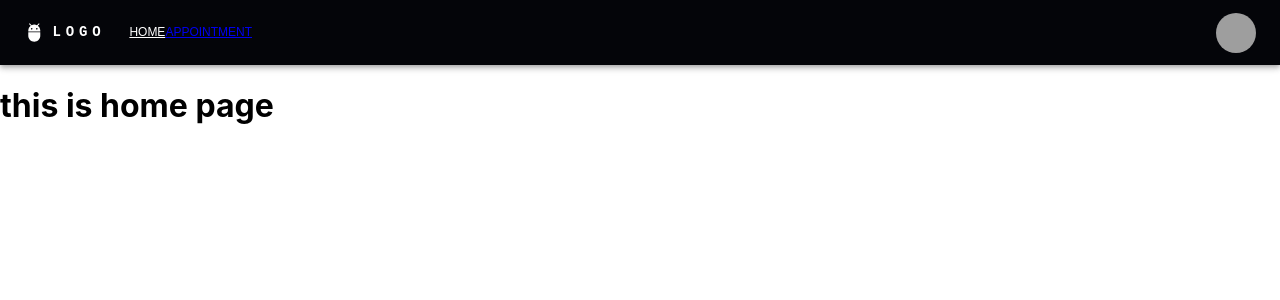
Repository: mdrubel02/health-care
Page: /
An editor plug-in stored every save of this project. The page is shown before and after the next save, followed by the edit.
The browser window is 1280 px wide. The pictures show the whole page.
Pictures or frames that could not be fetched are drawn as grey boxes. The project was rebuilt for these pictures with package versions that can differ from the ones it lists, and the page was loaded fresh each time. Also part of the build but not shown: src/Pages/Appointment/Appointment.js.

Above is the page before, as saved 2022-11-14 14:18:29.

### src/index.js
import React from 'react';
import ReactDOM from 'react-dom';
import './index.css';
import App from './App';
import reportWebVitals from './reportWebVitals';
import { ColorContextProvider } from './Theme/Theme';

ReactDOM.render(
  <React.StrictMode>
    <ColorContextProvider>
      <App />
    </ColorContextProvider>
  </React.StrictMode>,
  document.getElementById('root')
);

// If you want to start measuring performance in your app, pass a function
// to log results (for example: reportWebVitals(console.log))
// or send to an analytics endpoint. Learn more: https://bit.ly/CRA-vitals
reportWebVitals();

### src/App.js
import { RouterProvider } from 'react-router-dom';
import router from './Layout/router';

function App() {
  return (
    <div>
     <RouterProvider router={router}></RouterProvider>
    </div>
  );
}

export default App;

### src/Theme/Theme.js
import { createTheme, ThemeProvider } from "@mui/material";
import { createContext, useMemo, useState } from "react";

// color design tokens export
export const DrawerWidth = 250;
export const tokens = (mode) => ({
    ...(mode === "dark"
        ? {
            grey: {
                100: "#e0e0e0",
                200: "#c2c2c2",
                300: "#a3a3a3",
                400: "#858585",
                500: "#666666",
                600: "#525252",
                700: "#3d3d3d",
                800: "#292929",
                900: "#141414",
            },
            primary: {
                100: "#d0d1d5",
                200: "#a1a4ab",
                300: "#727681",
                400: "#1F2A40",
                500: "#141b2d",
                600: "#101624",
                700: "#0c101b",
                800: "#080b12",
                900: "#040509",
            },
            greenAccent: {
                100: "#dbf5ee",
                200: "#b7ebde",
                300: "#94e2cd",
                400: "#70d8bd",
                500: "#4cceac",
                600: "#3da58a",
                700: "#2e7c67",
                800: "#1e5245",
                900: "#0f2922",
            },
            redAccent: {
                100: "#f8dcdb",
                200: "#f1b9b7",
                300: "#e99592",
                400: "#e2726e",
                500: "#db4f4a",
                600: "#af3f3b",
                700: "#832f2c",
                800: "#58201e",
                900: "#2c100f",
            },
            blueAccent: {
                100: "#e1e2fe",
                200: "#c3c6fd",
                300: "#a4a9fc",
                400: "#868dfb",
                500: "#6870fa",
                600: "#535ac8",
                700: "#3e4396",
                800: "#2a2d64",
                900: "#151632",
            },
        }
        : {
            grey: {
                100: "#141414",
                200: "#292929",
                300: "#3d3d3d",
                400: "#525252",
                500: "#666666",
                600: "#858585",
                700: "#a3a3a3",
                800: "#c2c2c2",
                900: "#e0e0e0",
            },
            primary: {
                100: "#040509",
                200: "#080b12",
                300: "#0c101b",
                400: "#f2f0f0", // manually changed
                500: "#141b2d",
                600: "#1F2A40",
                700: "#727681",
                800: "#a1a4ab",
                900: "#d0d1d5",
            },
            greenAccent: {
                100: "#0f2922",
                200: "#1e5245",
                300: "#2e7c67",
                400: "#3da58a",
                500: "#4cceac",
                600: "#70d8bd",
                700: "#94e2cd",
                800: "#b7ebde",
                900: "#dbf5ee",
            },
            redAccent: {
                100: "#2c100f",
                200: "#58201e",
                300: "#832f2c",
                400: "#af3f3b",
                500: "#db4f4a",
                600: "#e2726e",
                700: "#e99592",
                800: "#f1b9b7",
                900: "#f8dcdb",
            },
            blueAccent: {
                100: "#151632",
                200: "#2a2d64",
                300: "#3e4396",
                400: "#535ac8",
                500: "#6870fa",
                600: "#868dfb",
                700: "#a4a9fc",
                800: "#c3c6fd",
                900: "#e1e2fe",
            },
        }),
});

// mui theme settings
export const themeSettings = (mode) => {
    const colors = tokens(mode);
    return {
        palette: {
            mode: mode,
            ...(mode === "dark"
                ? {
                    // palette values for dark mode
                    primary: {
                        main: colors.primary[500],
                    },
                    secondary: {
                        main: colors.greenAccent[500],
                    },
                    neutral: {
                        dark: colors.grey[700],
                        main: colors.grey[500],
                        light: colors.grey[100],
                    },
                    background: {
                        default: colors.primary[500],
                    },
                }
                : {
                    // palette values for light mode
                    primary: {
                        main: colors.primary[100],
                    },
                    secondary: {
                        main: colors.greenAccent[500],
                    },
                    neutral: {
                        dark: colors.grey[700],
                        main: colors.grey[500],
                        light: colors.grey[100],
                    },
                    background: {
                        default: "#fcfcfc",
                    },
                }),
        },
        components: {

            MuiButton: {
                defaultProps: {
                    disableRipple: true,
                    disableElevation: true,
                    styleOverrides: {
                        textDecoration: 'none',
                        "&:hover": {
                            color: "#fff"
                        }
                    },
                },
                MuiTooltip: {
                    defaultProps: {
                      arrow: true,
                    },
                    styleOverrides: {
                      tooltip: {
                        background: '',
                      },
                      arrow: {
                        color: '',
                      },
                    },
                  },
            },
            MuiDrawer: {
                styleOverrides: {
                  paper: {
                    width: DrawerWidth,
                    background: '',
                    color: '',
                    borderRadius: '0px 100px 0px 0px',
                    borderRight: `1px solid `
                  }
                }
              },
              MuiDivider: {
                styleOverrides: {
                  root: {
                    borderColor: 'gray'
                  }
                }
              },
        },
        typography: {
            fontFamily: ["Source Sans Pro", "sans-serif"].join(","),
            fontSize: 12,
            h1: {
                fontFamily: ["Source Sans Pro", "sans-serif"].join(","),
                fontSize: 40,
            },
            h2: {
                fontFamily: ["Source Sans Pro", "sans-serif"].join(","),
                fontSize: 32,
            },
            h3: {
                fontFamily: ["Source Sans Pro", "sans-serif"].join(","),
                fontSize: 24,
            },
            h4: {
                fontFamily: ["Source Sans Pro", "sans-serif"].join(","),
                fontSize: 20,
            },
            h5: {
                fontFamily: ["Source Sans Pro", "sans-serif"].join(","),
                fontSize: 16,
            },
            h6: {
                fontFamily: ["Source Sans Pro", "sans-serif"].join(","),
                fontSize: 14,
            },
        },
    };
};

export const ColorModeContext = createContext({
    toggleMode: () => { },
    mode: "light"
})


export const ColorContextProvider = ({ children }) => {
    const [mode, setMode] = useState("light")

    const colorMode = useMemo(() => ({
        toggleMode: () => setMode(prevMode => prevMode === "light" ? "dark" : "light"),
        mode
    }), [mode])
    const theme = useMemo(() => createTheme(themeSettings(mode)), [mode]);

    return (
        <ColorModeContext.Provider value={colorMode}>
            <ThemeProvider theme={theme}>
                {children}
            </ThemeProvider>
        </ColorModeContext.Provider>
    )
}

### src/Layout/router.js
import { createBrowserRouter } from "react-router-dom";
import Appointment from "../Pages/Appointment/Appointment";
import Home from "../Pages/Home/Home";
import Main from "./Main";


const router = createBrowserRouter([{
    path: '/',
    element: <Main/>,
    children: [
        {path: '/',element: <Home/>},
        {path: '/home',element: <Home/>},
        {path: '/appointment',element: <Appointment/>},
    ]
}])
export default router;

### src/Pages/Home/Home.js
import React from 'react';

const Home = () => {
    return (
        <div>
            <h1>this is home page</h1>
        </div>
    );
};

export default Home;

### src/Layout/Main.js
import React from 'react';
import { Outlet } from 'react-router-dom';
import Header from '../Pages/Header/Header';

const Main = () => {
    return (
        <div>
           <Header/>
           <Outlet/>

        </div>
    );
};

export default Main;

### src/Pages/Header/Header.js
import { AppBar, Avatar, Box, Button, Container, IconButton, Menu, MenuItem, Toolbar, Tooltip, Typography, useTheme } from '@mui/material';
import AdbIcon from '@mui/icons-material/Adb';
import MenuIcon from '@mui/icons-material/Menu';
// import { Link as RouterLink } from 'react-router-dom';
import React, { useState } from 'react';
import { tokens } from '../../Theme/Theme';
import { Link } from 'react-router-dom';
import './Header.css'


const settings = ['Profile', 'Account', 'Dashboard', 'Logout'];

const Header = () => {
    const theme = useTheme();
    const colors = tokens(theme.palette.mode);
    const [anchorElNav, setAnchorElNav] = useState(null);
    const [anchorElUser, setAnchorElUser] = useState(null);

    const items = <React.Fragment>
        <Link className='lip' to="/home">Home</Link>
        <Link to="/appointment">Appointment</Link>
    </React.Fragment>

    const handleOpenNavMenu = (event) => {
        setAnchorElNav(event.currentTarget);
    };
    const handleOpenUserMenu = (event) => {
        setAnchorElUser(event.currentTarget);
    };

    const handleCloseNavMenu = () => {
        setAnchorElNav(null);
    };

    const handleCloseUserMenu = () => {
        setAnchorElUser(null);
    };
    return (
        <AppBar position="static">
            <Container maxWidth="xl">
                <Toolbar disableGutters>
                    <AdbIcon sx={{ display: { xs: 'none', md: 'flex' }, mr: 1 }} />
                    <Typography
                        variant="h6"
                        noWrap
                        component="a"
                        href="/"
                        sx={{
                            mr: 2,
                            display: { xs: 'none', md: 'flex' },
                            fontFamily: 'monospace',
                            fontWeight: 700,
                            letterSpacing: '.3rem',
                            color: 'inherit',
                            textDecoration: 'none',
                        }}
                    >
                        LOGO
                    </Typography>

                    <Box sx={{ flexGrow: 1, display: { xs: 'flex', md: 'none' } }}>
                        <IconButton
                            size="large"
                            aria-label="account of current user"
                            aria-controls="menu-appbar"
                            aria-haspopup="true"
                            onClick={handleOpenNavMenu}
                            color="inherit"
                        >
                            <MenuIcon />
                        </IconButton>
                        <Menu
                            id="menu-appbar"
                            anchorEl={anchorElNav}
                            anchorOrigin={{
                                vertical: 'bottom',
                                horizontal: 'left',
                            }}
                            keepMounted
                            transformOrigin={{
                                vertical: 'top',
                                horizontal: 'left',
                            }}
                            open={Boolean(anchorElNav)}
                            onClose={handleCloseNavMenu}
                            sx={{
                                display: { xs: 'block', md: 'none' },
                            }}
                        >

                            <MenuItem onClick={handleCloseNavMenu}>
                                <Typography variant="h5" sx={{ color: 'withe' }} textAlign="center">{items}</Typography>
                            </MenuItem>

                        </Menu>
                    </Box>
                    <AdbIcon sx={{ display: { xs: 'flex', md: 'none' }, mr: 1 }} />
                    <Typography
                        variant="h5"
                        noWrap
                        component="a"
                        href=""
                        sx={{
                            mr: 2,
                            display: { xs: 'flex', md: 'none' },
                            flexGrow: 1,
                            fontFamily: 'monospace',
                            fontWeight: 700,
                            letterSpacing: '.3rem',
                            color: 'inherit',
                            textDecoration: 'none',
                        }}
                    >
                        LOGO
                    </Typography>
                    <Box sx={{ flexGrow: 1, display: { xs: 'none', md: 'flex' } }}>

                        <Button

                            onClick={handleCloseNavMenu}
                            sx={{ color: `${colors.grey[400]} !important`, my: 2, display: 'block' }}
                        >
                            {items}
                        </Button>

                    </Box>

                    <Box sx={{ flexGrow: 0 }}>
                        <Tooltip title="Open settings">
                            <IconButton onClick={handleOpenUserMenu} sx={{ p: 0 }}>
                                <Avatar alt="Remy Sharp" src="/static/images/avatar/2.jpg" />
                            </IconButton>
                        </Tooltip>
                        <Menu
                            sx={{ mt: '45px' }}
                            id="menu-appbar"
                            anchorEl={anchorElUser}
                            anchorOrigin={{
                                vertical: 'top',
                                horizontal: 'right',
                            }}
                            keepMounted
                            transformOrigin={{
                                vertical: 'top',
                                horizontal: 'right',
                            }}
                            open={Boolean(anchorElUser)}
                            onClose={handleCloseUserMenu}
                        >
                            {settings.map((setting) => (
                                <MenuItem key={setting} onClick={handleCloseUserMenu}>
                                    <Typography textAlign="center">{setting}</Typography>
                                </MenuItem>
                            ))}
                        </Menu>
                    </Box>
                </Toolbar>
            </Container>
        </AppBar>
    );
};

export default Header;

### src/Pages/Header/Header.css
.lip{
    color: white;
}

Loaded but not shown: public/index.html (common file); src/index.css (common file); src/reportWebVitals.js (common file)

After the next save:
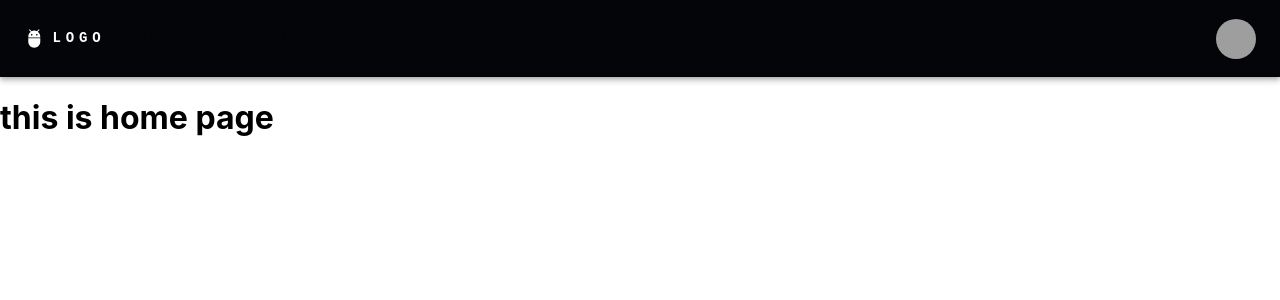
Saved 79 s later.
--- a/src/Pages/Header/Header.js
+++ b/src/Pages/Header/Header.js
@@ -1,10 +1,10 @@
 import { AppBar, Avatar, Box, Button, Container, IconButton, Menu, MenuItem, Toolbar, Tooltip, Typography, useTheme } from '@mui/material';
 import AdbIcon from '@mui/icons-material/Adb';
 import MenuIcon from '@mui/icons-material/Menu';
-// import { Link as RouterLink } from 'react-router-dom';
+import { Link as RouterLink } from 'react-router-dom';
 import React, { useState } from 'react';
 import { tokens } from '../../Theme/Theme';
-import { Link } from 'react-router-dom';
+// import { Link } from 'react-router-dom';
 import './Header.css'
 
 
@@ -17,8 +17,8 @@ const Header = () => {
     const [anchorElUser, setAnchorElUser] = useState(null);
 
     const items = <React.Fragment>
-        <Link className='lip' to="/home">Home</Link>
-        <Link to="/appointment">Appointment</Link>
+        <Button className='lip' component={RouterLink} to="/home">Home</Button>
+        <Button  component={RouterLink} to="/appointment">Appointment</Button>
     </React.Fragment>
 
     const handleOpenNavMenu = (event) => {
